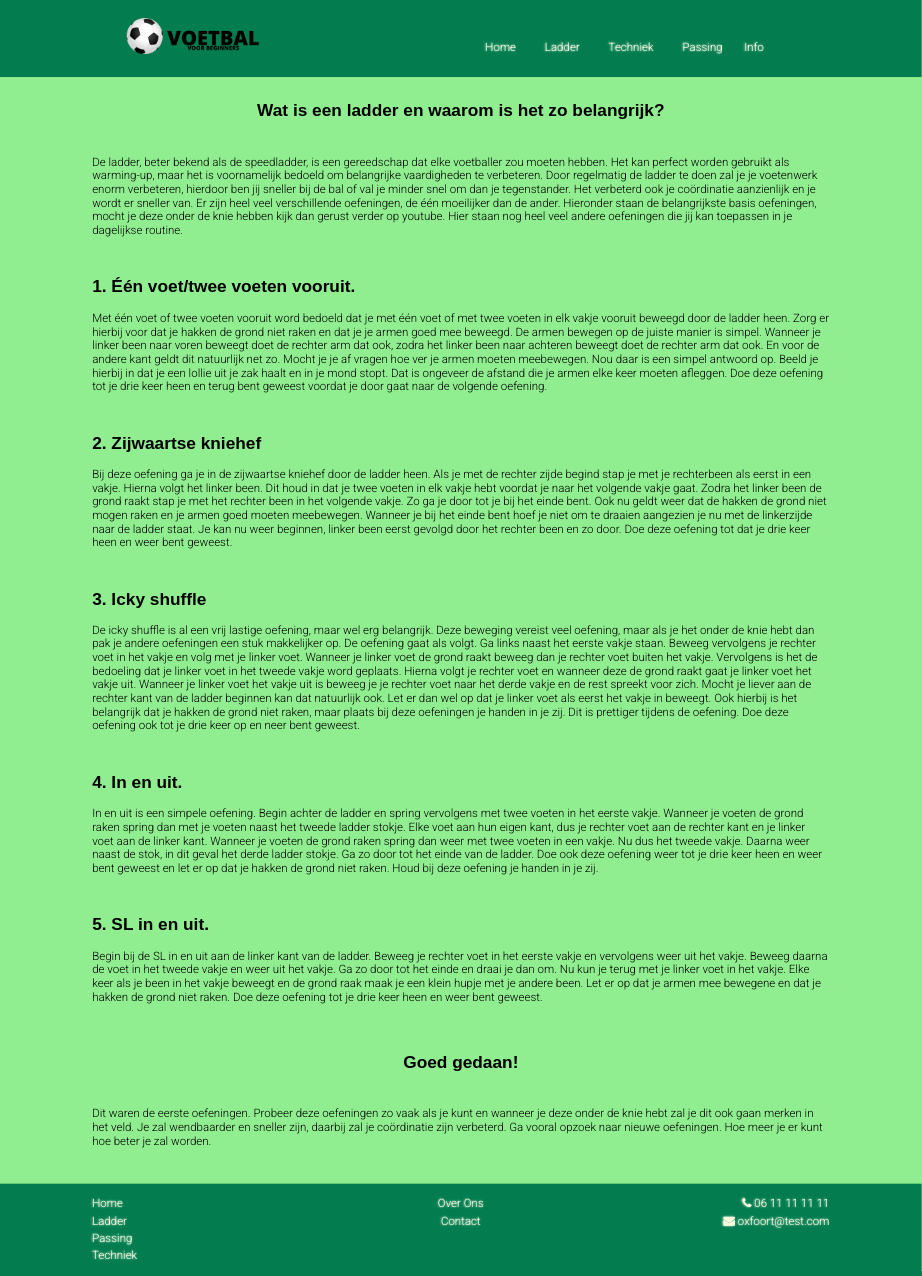
Repository: KelvinOxfoort/Start
Page: ladder.html
The author's editor kept a record of every edit. The page is drawn from the files as they stood at one moment, then again after the next edit.
The browser window is 1280 px wide. The pictures show the whole page, at 72% of full size.
Some web fonts or font styles are not loaded; a fallback is used.

Above is the page before.

After the next edit:
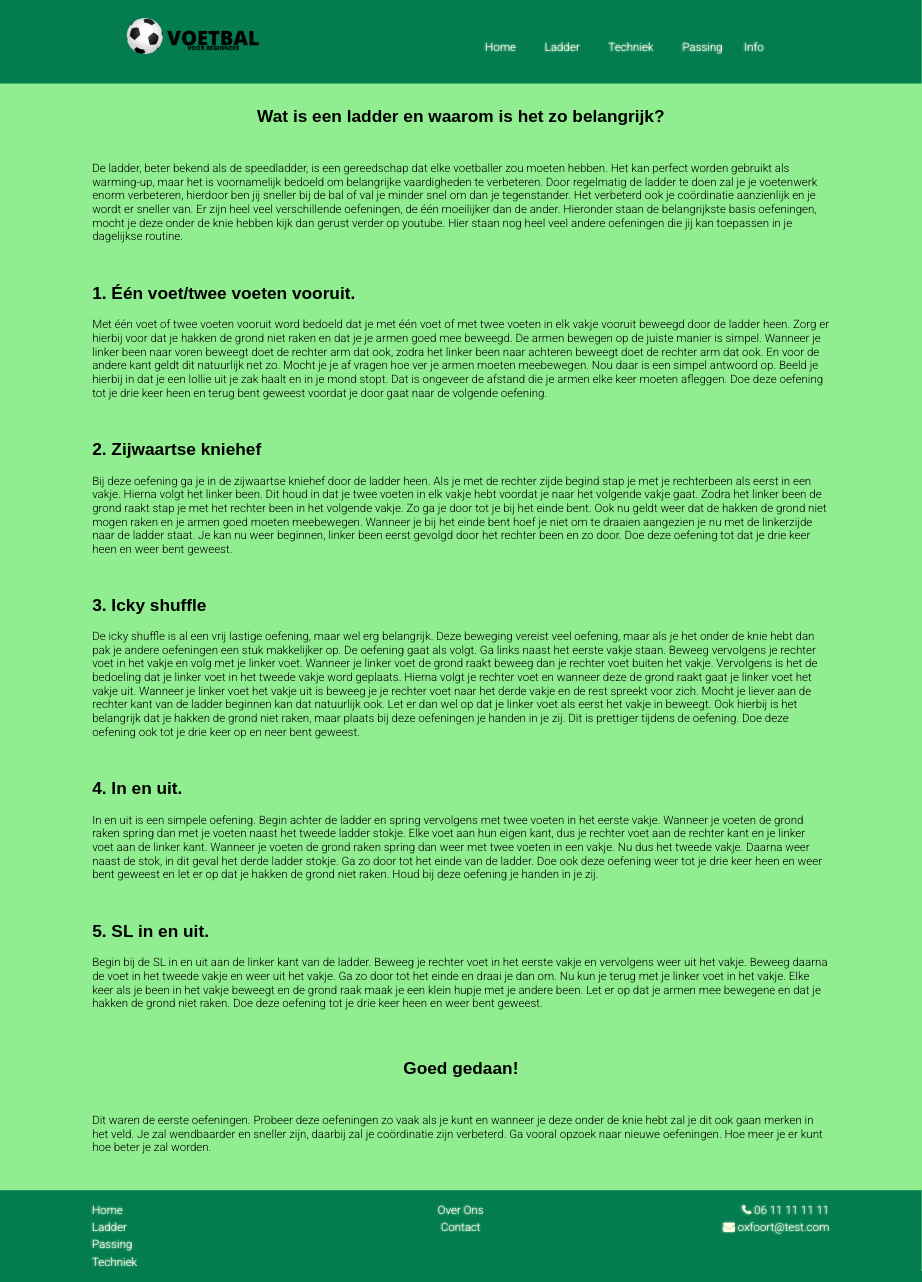
The edit:
--- a/style.css
+++ b/style.css
@@ -48,6 +48,7 @@
     background-color: #037d50;
     display: flex;
     flex-wrap: nowrap;
+    height: 116px;
 }
 
 header li, header a {
